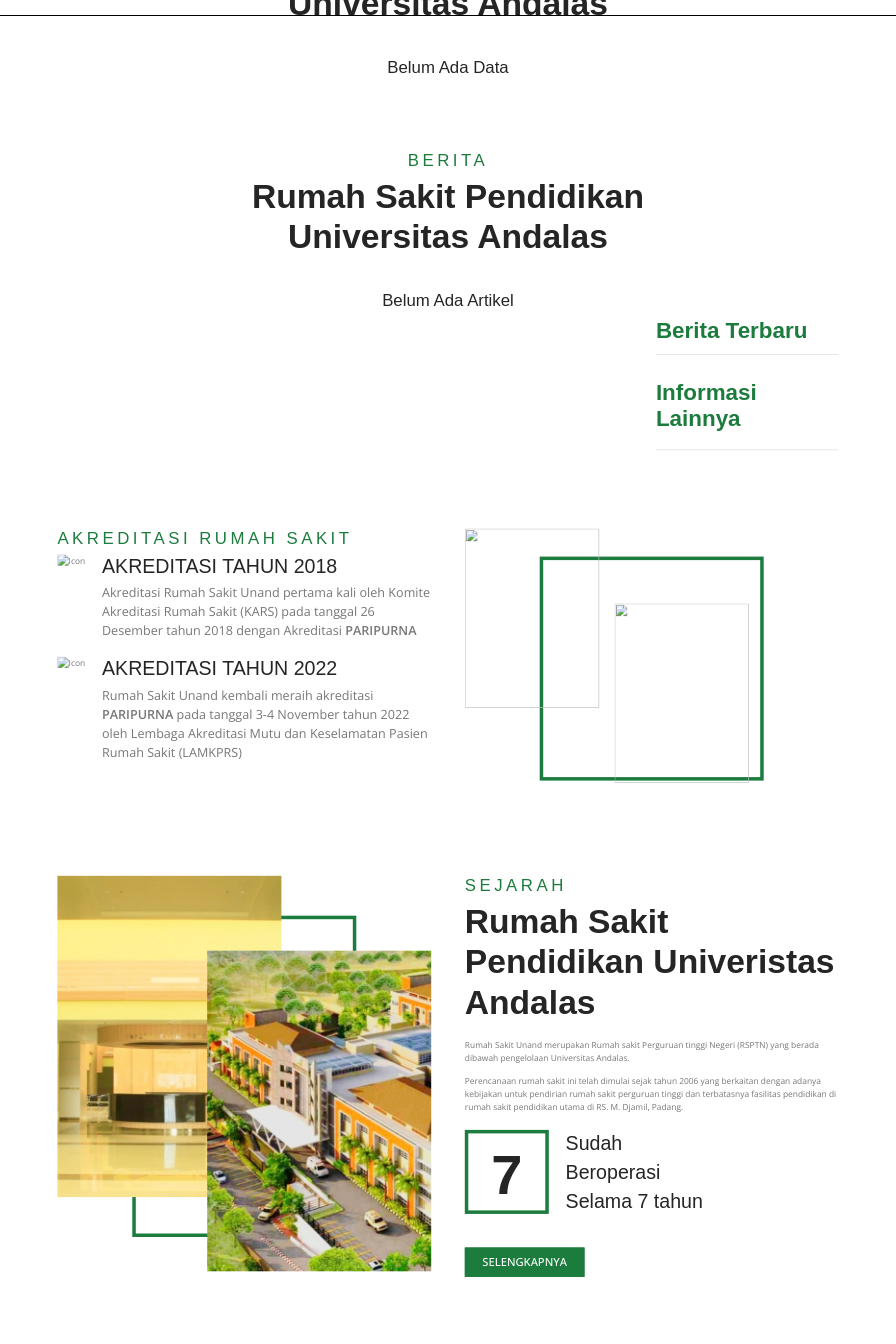
Repository: vivin-erialis/rsunand-site
Page: http://localhost/
An editor plug-in stored every save of this project. The page is shown before and after the next save, followed by the edit.
The browser window is 1280 px wide. The pictures show the part of the page from y = 343 to 2263 px (the page is 3111 px tall), at 70% of full size.
Some web fonts or font styles are not loaded; a fallback is used. Some web libraries are served in a nearby version. The page is served by the project's Laravel application, run on PHP 8.4 with Laravel 12. Queries for data that is not in the repository find no rows.

Above is the page before, as saved 2024-06-10 08:19:07.
Console error: TypeError: Cannot read properties of undefined (reading 'version')

After the next save:
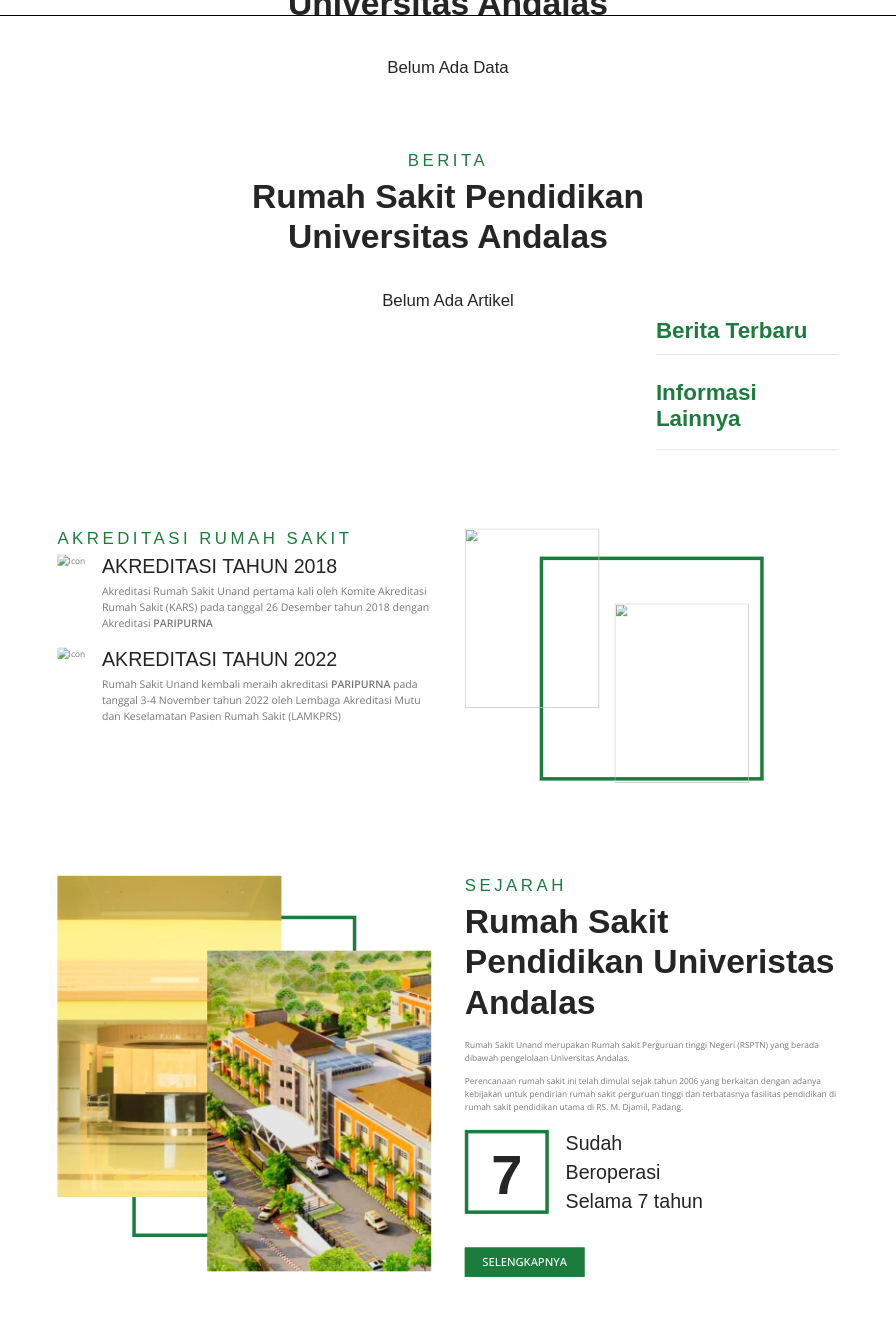
Saved 8 s later.
--- a/resources/views/Frontend/home.blade.php
+++ b/resources/views/Frontend/home.blade.php
@@ -270,7 +270,7 @@
                                 <img class="flex-shrink-0" src="img/icons/icon-2.png" alt="Icon">
                                 <div class="ms-4">
                                     <h3>AKREDITASI TAHUN 2018</h3>
-                                    <p class="mb-0" style="font-size: 18px">Akreditasi Rumah Sakit Unand pertama kali oleh Komite Akreditasi
+                                    <p class="mb-0" style="font-size: 15px">Akreditasi Rumah Sakit Unand pertama kali oleh Komite Akreditasi
                                         Rumah Sakit (KARS) pada tanggal 26 Desember tahun 2018 dengan Akreditasi
                                         <strong>PARIPURNA</strong>
                                     </p>
@@ -282,7 +282,7 @@
                                 <img class="flex-shrink-0" src="img/icons/icon-4.png" alt="Icon">
                                 <div class="ms-4">
                                     <h3>AKREDITASI TAHUN 2022</h3>
-                                    <p class="mb-0" style="font-size: 18px">Rumah Sakit Unand kembali meraih akreditasi
+                                    <p class="mb-0" style="font-size: 15px">Rumah Sakit Unand kembali meraih akreditasi
                                         <strong>PARIPURNA</strong> pada tanggal 3-4 November tahun 2022 oleh Lembaga
                                         Akreditasi Mutu dan Keselamatan Pasien Rumah Sakit (LAMKPRS) </p>
                                 </div>
